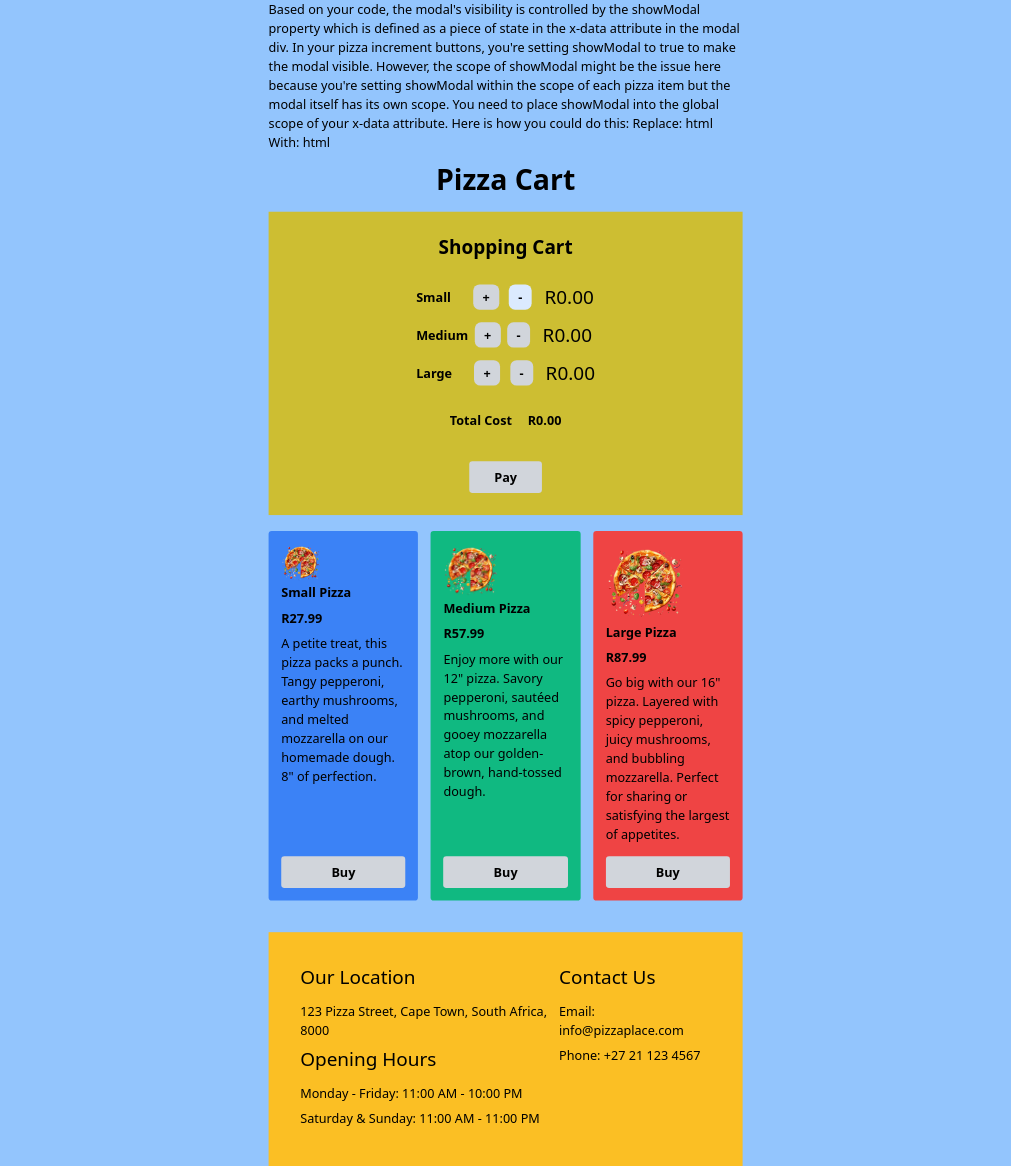
Repository: lasity34/pizza_cart
Page: index.html
These files come from the project's save history. The page is drawn as it stood at one moment and after the next save; the edit follows.
The browser window is 1280 px wide. The pictures show the whole page, at 79% of full size.
Some web libraries are served in a nearby version.

Above is the page before, as saved 2023-07-11 15:45:10.
Console error: ReferenceError: Invalid left-hand side in assignment

After the next save:
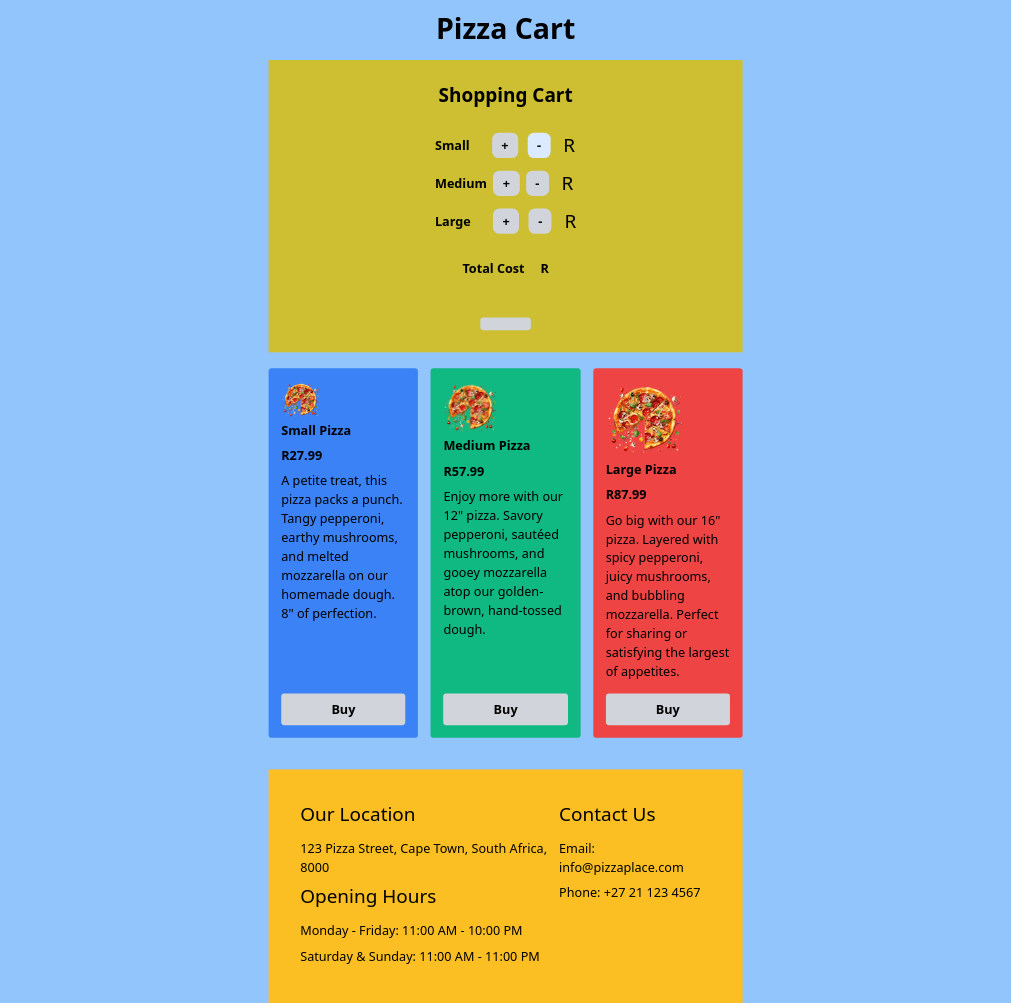
Console error: ReferenceError: smallAmount is not defined
Saved 97 s later.
--- a/index.html
+++ b/index.html
@@ -11,23 +11,8 @@
     />
     <link href="./style.css" rel="stylesheet" />
   </head>
-  Based on your code, the modal's visibility is controlled by the showModal property which is defined as a piece of state in the x-data attribute in the modal div.
-
-In your pizza increment buttons, you're setting showModal to true to make the modal visible. However, the scope of showModal might be the issue here because you're setting showModal within the scope of each pizza item but the modal itself has its own scope.
-
-You need to place showModal into the global scope of your x-data attribute. Here is how you could do this:
-
-Replace:
-
-html
-
-<body x-data="cart" class="bg-blue-300">
-
-With:
-
-html
-
-<body x-data="{ ...cart, showModal: false }" class="bg-blue-300">
+  <body x-data="{ ...cart, showModal: false }" class="bg-blue-300">
+
 
     <section class="flex justify-center items-center">
       <h1 class="text-4xl pt-4 font-bold">Pizza Cart</h1>

After the save that followed:
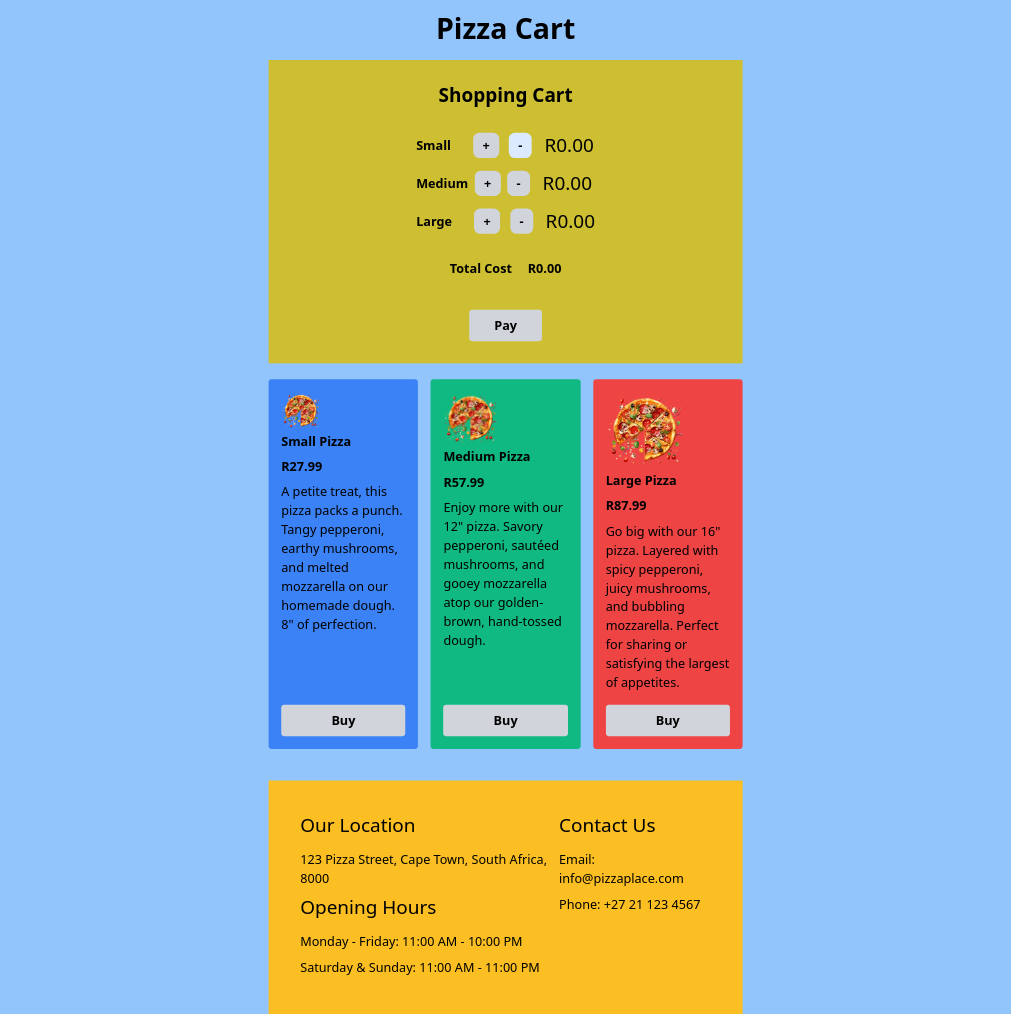
Console error: ReferenceError: Invalid left-hand side in assignment
Saved 2 min 6 s later.
--- a/index.html
+++ b/index.html
@@ -11,9 +11,7 @@
     />
     <link href="./style.css" rel="stylesheet" />
   </head>
-  <body x-data="{ ...cart, showModal: false }" class="bg-blue-300">
-
-
+  <body x-data="cart" class="bg-blue-300">
     <section class="flex justify-center items-center">
       <h1 class="text-4xl pt-4 font-bold">Pizza Cart</h1>
     </section>
@@ -128,7 +126,7 @@
             </p>
           </div>
           <button
-            @click="smallAdded = true; increment('small'); showModal = true; (smallAmount * prices.small).toFixed(2);"
+            @click="smallAdded = true; increment('small'); (smallAmount * prices.small).toFixed(2);"
             class="bg-gray-300 hover:bg-gray-400 transition-colors duration-300 py-2 px-4 rounded font-bold"
           >
             Buy
@@ -148,7 +146,7 @@
             </p>
           </div>
           <button
-            @click=" mediumAdded = true; increment('medium'); showModal = true; (mediumAmount * prices.medium).toFixed(2); "
+            @click=" mediumAdded = true; increment('medium'); (mediumAmount * prices.medium).toFixed(2); "
             :disabled="mediumAdded"
             class="bg-gray-300 hover:bg-gray-400 transition-colors duration-300 py-2 px-4 rounded font-bold"
           >
@@ -169,7 +167,7 @@
             </p>
           </div>
           <button
-          @click=" largeAdded = true; increment('large'); showModal = true; (largeAmount * prices.large).toFixed(2);"
+          @click=" largeAdded = true; increment('large'); (largeAmount * prices.large).toFixed(2);"
 
             class="bg-gray-300 hover:bg-gray-400 transition-colors duration-300 py-2 px-4 rounded font-bold"
           >
@@ -196,44 +194,6 @@
         </div>
       </footer>
     </section>
-    <div
-  :class="{ 'fixed z-10 inset-0 overflow-y-auto': showModal }"
-  style="display: none;"
-  x-show="showModal"
-  aria-labelledby="modal-title"
-  role="dialog"
-  aria-modal="true">
-  <div class="flex items-end justify-center min-h-screen pt-4 px-4 pb-20 text-center sm:block sm:p-0">
-    <div class="fixed inset-0 bg-gray-500 bg-opacity-75 transition-opacity" aria-hidden="true"></div>
-
-    <span class="hidden sm:inline-block sm:align-middle sm:h-screen" aria-hidden="true">&#8203;</span>
-
-    <div class="inline-block align-bottom bg-white rounded-lg text-left overflow-hidden shadow-xl transform transition-all sm:my-8 sm:align-middle sm:max-w-lg sm:w-full">
-      <div class="bg-white px-4 pt-5 pb-4 sm:p-6 sm:pb-4">
-        <div class="sm:flex sm:items-start">
-          <div class="mt-3 text-center sm:mt-0 sm:ml-4 sm:text-left">
-            <h3 class="text-lg leading-6 font-medium text-gray-900" id="modal-title">
-              Pizza Added to Cart
-            </h3>
-            <div class="mt-2">
-              <p class="text-sm text-gray-500">
-                You just added a pizza to your cart!
-              </p>
-            </div>
-          </div>
-        </div>
-      </div>
-      <div class="bg-gray-50 px-4 py-3 sm:px-6 sm:flex sm:flex-row-reverse">
-        <button
-          @click="showModal = false"
-          type="button"
-          class="mt-3 w-full inline-flex justify-center rounded-md border border-gray-300 shadow-sm px-4 py-2 bg-white text-base font-medium text-gray-700 hover:bg-gray-50 sm:mt-0 sm:ml-3 sm:w-auto sm:text-sm">
-          Close
-        </button>
-      </div>
-    </div>
-  </div>
-</div>
 
     <script src="./pizza.js"></script>
   </body>
